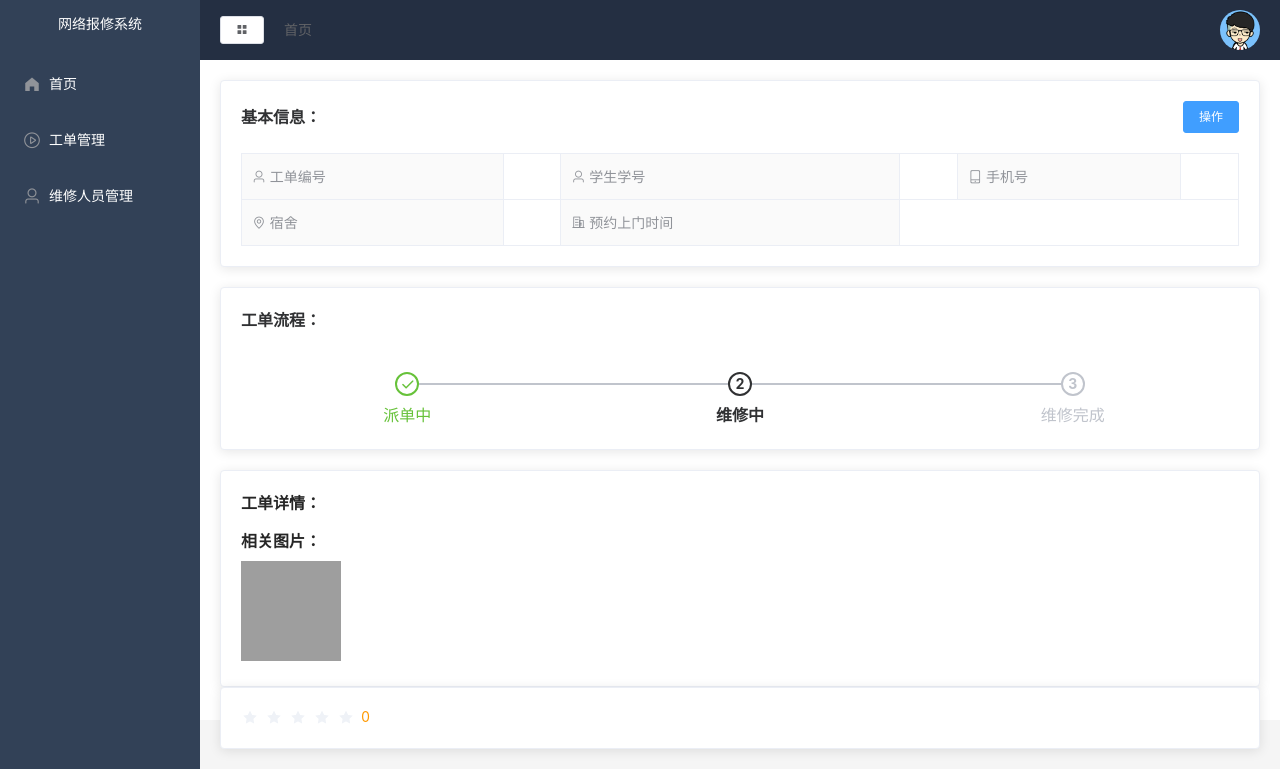
Repository: LtheW/vue
Page: /submit
The author's editor kept a copy of each file at every save. The page is drawn from the files as they stood at one save, then again after the next save.
The browser window is 1280 px wide. The pictures show the whole page.
Pictures or frames that could not be fetched are drawn as grey boxes. The page's requests for data from a server got no answer. The project was rebuilt for these pictures with package versions that can differ from the ones it lists, and the page was loaded fresh each time. No one was signed in, and anything a server would have sent is missing. Also part of the build but not shown: vue.config.js, src/components/CommonTag.vue, src/views/Maintainer/Add.vue.

Above is the page before, as saved 2022-03-27 11:14:56.

### src/main.js
import Vue from 'vue'
import App from './App.vue'
import router from './router'
import store from './store'
//引入element ui
import ElementUI from 'element-ui';
import 'element-ui/lib/theme-chalk/index.css';
import '@/assets/scss/reset.scss' //全局样式
import Axios from 'axios';//后台交互
import Antd from 'ant-design-vue';
import 'ant-design-vue/dist/antd.css';
import 'font-awesome/scss/font-awesome.scss'
Vue.prototype.$http=Axios
//defaults 设置全局默认路径
Axios.defaults.baseURL="/"

Vue.use(ElementUI,Antd);
Vue.config.productionTip = false

new Vue({
  router,
  store,
  render: h => h(App)
}).$mount('#app')

### src/router/index.js
import Vue from 'vue'
import VueRouter from 'vue-router'
import Main from '../views/Main.vue'
import Submit from'../views/Submit.vue'
import Maintainer_Add from'../views/Maintainer/Add.vue'
Vue.use(VueRouter)

const routes = [
  {
    path:'/login',
    name:'Login',
    component:()=>import('@/views/Login')
  },
  {

    path: '/',
    name: 'Main',
    component: Main,
    children: [
      {
        path: '/',
        name: 'search',
        component: () => import('@/views/About')
      },
      {
        path: '/form',
        name: 'form',
        component: () => import('@/views/Form/Form')
      },
      {
        path: '/home',
        name: 'home',
        component: () => import('@/views/Maintainer/Maintainer')
      },
      {
        path: '/submit',
        name: 'submit',
        component: Submit,
      },
      {
        path: '/maintainer_add',
        name: 'add',
        component: Maintainer_Add,
      },
    ]
    },


]

const router = new VueRouter({
  mode:'history',
  base: process.env.BASE_URL,
  routes
})

export default router

### src/views/Main.vue
<template>
  <el-container style="height: 100%">
    <el-aside width="auto" height="100%" ><common-aside></common-aside></el-aside>
    <el-container>
      <el-header>
        <common-header></common-header>

      </el-header>
      <el-main><router-view /></el-main>
    </el-container>
  </el-container>
</template>

<script>
import CommonAside from "../components/CommonAside.vue";
import CommonHeader from "../components/CommonHeader.vue";
import CommonTag from "../components/CommonTag.vue";
export default {
  name: "Main",
  components: { CommonAside, CommonHeader, CommonTag },
};
</script>
, CommonTab
<style lang="scss" scoped>
.el-header {
  background: #242F42;
}
.el-main {
  padding-top: 20rpx;
}
</style>

### src/views/Submit.vue
<template>
  <div class="form">
    <div>
      <el-card>
        <el-descriptions
          class="margin-top"
          title="基本信息："
          :column="3"
          :size="size"
          border
        >
          <template slot="extra">
            <el-button type="primary" size="small">操作</el-button>
          </template>
          <el-descriptions-item width="150">
            <template slot="label">
              <i class="el-icon-user"></i>
              工单编号
            </template>
            {{ form.workorderNumber }}
          </el-descriptions-item>
          <el-descriptions-item>
            <template slot="label">
              <i class="el-icon-user"></i>
              学生学号
            </template>
            {{ form.fkStudentNumber }}
          </el-descriptions-item>
          <el-descriptions-item>
            <template slot="label">
              <i class="el-icon-mobile-phone"></i>
              手机号
            </template>
            {{ form.contactInformation }}
          </el-descriptions-item>
          <el-descriptions-item>
            <template slot="label">
              <i class="el-icon-location-outline"></i>
              宿舍
            </template>
            {{ form.address }}
          </el-descriptions-item>
          <el-descriptions-item>
            <template slot="label">
              <i class="el-icon-office-building"></i>
              预约上门时间
            </template>
            {{ form.fixedTime }}
          </el-descriptions-item>
        </el-descriptions>
      </el-card>
    </div>

    <div class="p">
      <el-card>
        <i class="title">工单流程：</i>
        <div>
          <el-steps
            :space="600"
            :active="1"
            finish-status="success"
            align-center="true"
            style="padding-top: 40px"
          >
            <el-step title="派单中"></el-step>
            <el-step title="维修中"></el-step>
            <el-step title="维修完成"></el-step>
          </el-steps>
        </div>
      </el-card>
      <div class="p">
        <el-card>
          <h5 class="title">工单详情：</h5>
          <p>{{ form.workorderContent }}</p>
          <h5 class="title">相关图片：</h5>
          <el-image
            style="width: 100px; height: 100px"
            :src="url"
            :preview-src-list="srcList"
          >
          </el-image>
        </el-card>
        <el-card>
          <el-rate
  v-model="form.maintenanceSatisfaction"
  disabled
  show-score
  text-color="#ff9900"
  score-template="{value}">
</el-rate>
        </el-card>
      </div>
    </div>
  </div>
</template>
<script>
export default {
  data() {
    return {
      value:3.7,
      form: {},
      workorderNumber: "",
      url: "https://fuss10.elemecdn.com/e/5d/4a731a90594a4af544c0c25941171jpeg.jpeg",
      srcList: [],
    };
  },
  created() {
    this.workorderNumber = this.$route.params.workorderNumber;
    this.Load();
  },
  methods: {
    goBack() {
      this.$router.go(-1);
    },
    onSubmit() {},
    Load() {
      this.$http({
        url: "/api/administer/getorder",
        method: "get",
        headers: { "X-Requested-With": "XMLHttpRequest" },
        params: {
          workorder_number: this.workorderNumber,
        }, //传值 如：params:{id:1,name:"gw"}
      }).then((res) => {
        this.form = res.data.data[0];
        console.log(this.form);
        var jsonstr = JSON.parse(res.data.data[0].pictureAddress);
        var arr = this.srcList;
        for (var i = 0; i < 3; i++) {
          if (jsonstr[i] == null) {
            break;
          }
          arr.push(jsonstr[i]);
        }
        this.srcList = arr;
      });
    },
  },
};
</script>

<style >
.form {
  display: flex;
  flex-direction: column;
  justify-content: center;
  align-content: center;
}

.title {
  font-size: 16px;
  font-weight: 700;
}
.p {
  padding-top: 20px;
}
.border {
  border: 1px solid grey;
}
</style>

### src/store/tab.js
export default{
    state:{
        isCollapse: false
    },
    mutations:{
        collapseMenu(state){
            state.isCollapse=!state.isCollapse
        }
    }
}

### src/components/CommonAside.vue
<template>
  <el-menu
    class="el-menu-vertical-demo"
    :collapse="isCollapse"
    background-color="#324157"
    text-color="#fff"
    active-text-color="#ffd04b"
  >
    <h3 v-show="!isCollapse">网络报修系统</h3>
    <h3 v-show="isCollapse">后台</h3>
    <el-menu-item
      :index="item.path"
      v-for="item in noChildren"
      :key="item.path"
      @click="clickMenu(item)"
    >
      <i :class="'el-icon-' + item.icon"></i>
      <span slot="title">{{ item.label }}</span>
    </el-menu-item>
    <el-submenu :index="item.label" v-for="item in hasChildren" :key="item.path">
      <template slot="title">
        <i :class="'el-icon-' + item.icon"></i>
        <span slot="title">{{ item.label }}</span>
      </template>
      <el-menu-item-group>
        <el-menu-item
          :index="subItem.path"
          v-for="(subItem, subIndex) in item.children"
          :key="subIndex"
          @click="clickMenu(item)"
        >
          <i :class="'el-icon-' + subItem.icon"></i>
          <span slot="title">{{ subItem.label }}</span>
        </el-menu-item>
      </el-menu-item-group>
    </el-submenu>
  </el-menu>
</template>

<script>
export default {
  data() {
    return {
      menu: [
        {
          path: "/",
          name: "search",
          label: "首页",
          icon: "s-home",
          url: "Maintainer/Maintainer",
        },
        {
          path: "/form",
          name: "form",
          label: "工单管理",
          icon: "video-play",
          url: "Form/Form",
        },
        {
          path: "/home",
          name: "home",
          label: "维修人员管理",
          icon: "user",
          url: "Home/Home",
        },
      ],
    };
  },
  methods: {
    // handleOpen(key, keyPath) {
    //   console.log(key, keyPath);
    // },
    // handleClose(key, keyPath) {
    //   console.log(key, keyPath);
    // },
    clickMenu(item) {
      this.$router.push({ name: item.name });
      this.$store.commit("selectMenu", item);
    },
  },
  computed: {
    noChildren() {
      return this.menu.filter((item) => !item.children);
    },
    hasChildren() {
      return this.menu.filter((item) => item.children);
    },
    isCollapse() {
      return this.$store.state.tab.isCollapse;
    },
  },
};
</script>

<style lang="scss" scoped>
.el-menu {
  height: 100%;
  border: none;
  h3 {
    color: #ffffff;
    text-align: center;
    line-height: 48px;
  }
}
.el-menu-vertical-demo:not(.el-menu--collapse) {
  width: 200px;
  min-height: 100vh;
}
</style>

### src/components/CommonHeader.vue
<template>
  <header>
    <div class="l-content">
      <el-button plain icon="el-icon-menu" size="mini" @click="handleMenu"></el-button>
      <el-breadcrumb>
        <el-breadcrumb-item :to="{ path: '/' }">首页</el-breadcrumb-item>
        <el-breadcrumb-item :to="current.path" v-if="current">{{
          current.label
        }}</el-breadcrumb-item>
      </el-breadcrumb>
    </div>
    <div class="r-content">
      <el-dropdown trigger="click" size="mini">
        <span class="el-dropdown-link">
          <img :src="userImg" class="user" />
        </span>
        <el-dropdown-menu slot="dropdown">
          <el-dropdown-item>个人中心</el-dropdown-item>
          <el-dropdown-item @click.native="logOut">退出</el-dropdown-item>
        </el-dropdown-menu>
      </el-dropdown>
    </div>
  </header>
</template>

<script>
import { mapState } from "vuex";
export default {
  data() {
    return {
      userImg: require("../assets/images/user.png"),
    };
  },
  methods: {
    handleMenu() {
      this.$store.commit("collapseMenu");
    },
    logOut() {
      this.$store.commit("clearToken");
      this.$store.commit("clearMenu");
      // location.reload();
      this.$router.push("/login");
    },
  },
  computed: {
    ...mapState({
      current: (state) => state.tab.currentMenu,
    }),
  },
};
</script>

<style lang="scss" scoped>
header {
  display: flex;
  height: 100%;
  align-items: center;
  justify-content: space-between;
}

.l-content {
  display: flex;
  align-items: center;
  .el-button {
    margin-right: 20px;
  }
}

.r-content {
  .user {
    width: 40px;
    height: 40px;
    border-radius: 50%;
  }
}
</style>

<style lang="scss">
.el-breadcrumb__item {
  .el-breadcrumb__inner {
    color: #666;
    font-weight: normal;
  }
  &:last-child {
    .el-breadcrumb__inner {
      color: white;
    }
  }
}
</style>

Loaded but not shown: public/index.html (common file); src/App.vue (common file); src/store/index.js (common file); src/assets/scss/reset.scss (common file)

After the next save:
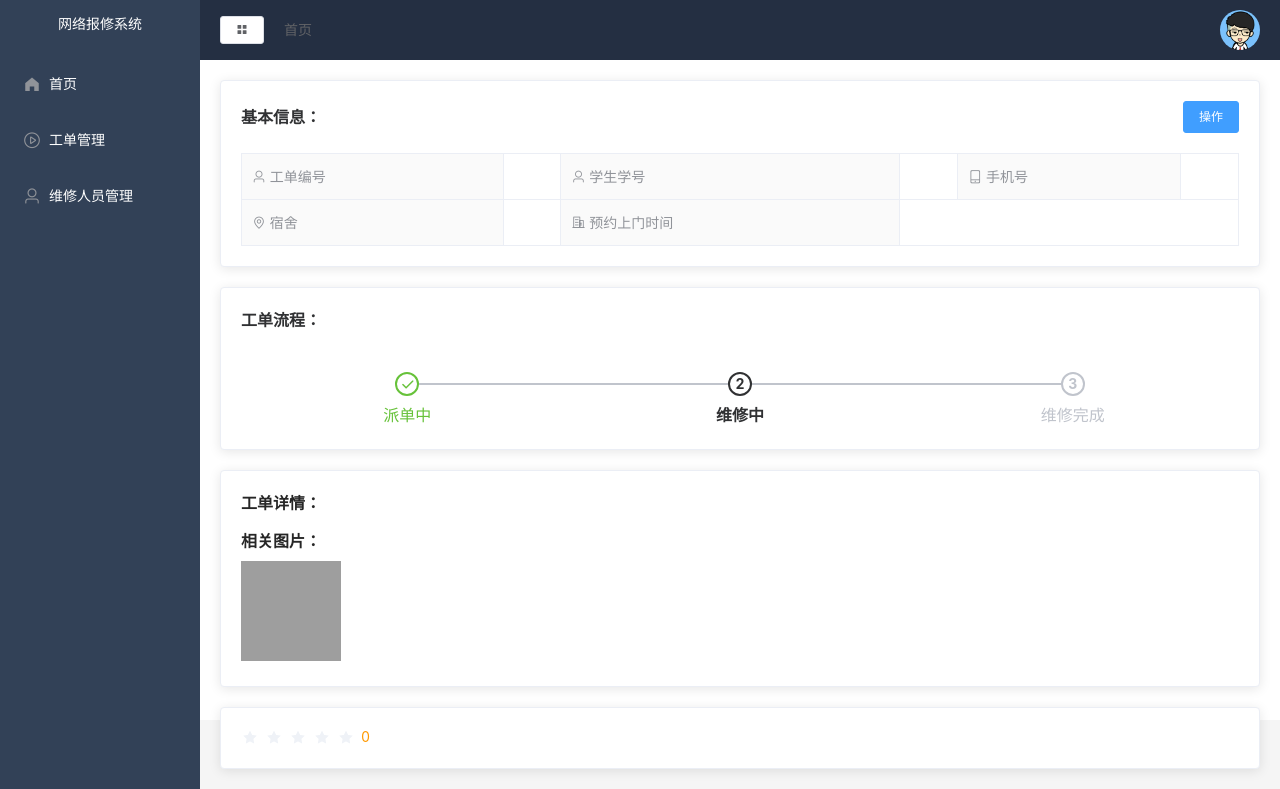
Saved 51 s later.
--- a/src/views/Submit.vue
+++ b/src/views/Submit.vue
@@ -80,15 +80,18 @@
           >
           </el-image>
         </el-card>
+        <div class="p">
         <el-card>
           <el-rate
-  v-model="form.maintenanceSatisfaction"
-  disabled
-  show-score
-  text-color="#ff9900"
-  score-template="{value}">
-</el-rate>
+            v-model="form.maintenanceSatisfaction"
+            disabled
+            show-score
+            text-color="#ff9900"
+            score-template="{value}"
+          >
+          </el-rate>
         </el-card>
+        </div>
       </div>
     </div>
   </div>
@@ -97,7 +100,6 @@
 export default {
   data() {
     return {
-      value:3.7,
       form: {},
       workorderNumber: "",
       url: "https://fuss10.elemecdn.com/e/5d/4a731a90594a4af544c0c25941171jpeg.jpeg",
